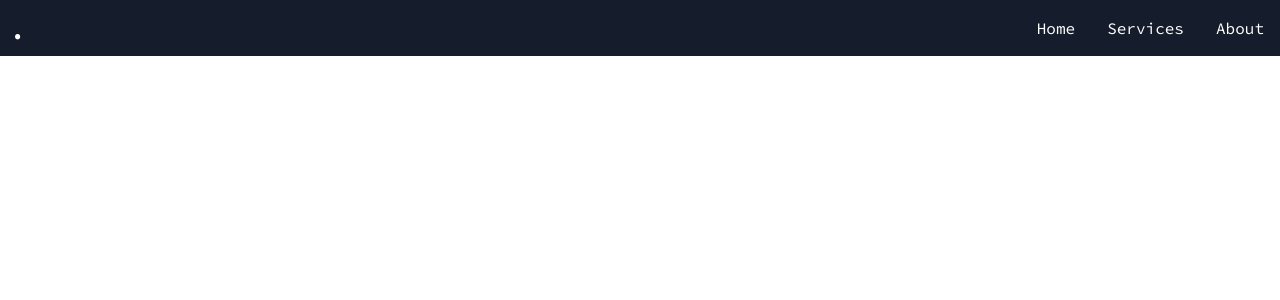
Repository: AbdulXDG/somesite
Page: index.html
An editor plug-in stored every save of this project. The page is shown before and after a run of saves, followed by the edit.
The browser window is 1280 px wide. The pictures show the whole page.

Above is the page before, as saved 2022-03-16 15:42:05.

After the next 2 saves:
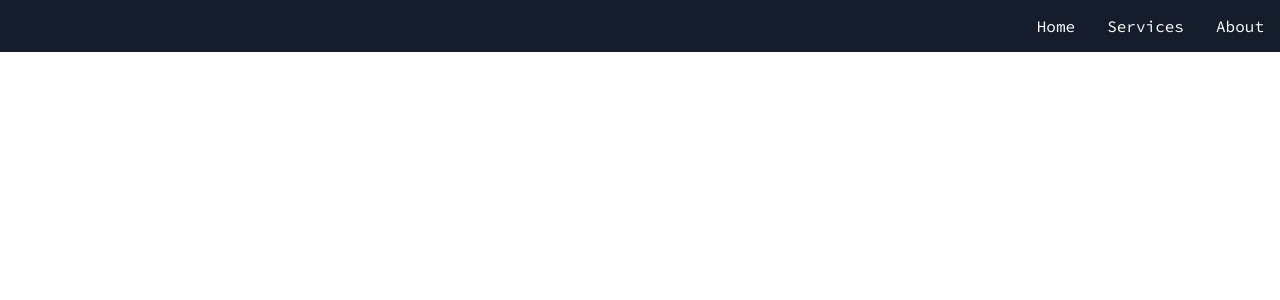
The 2 saves are shown as one change because they came seconds apart.
The last was saved 9 s later.
--- a/index.html
+++ b/index.html
@@ -14,7 +14,7 @@
     <nav class="navbar">
 
         <div class="brand-title">
-            <a href="#">.</a>
+            <a href="#"><div class="p1"></div></a>
         </div>
 
 
